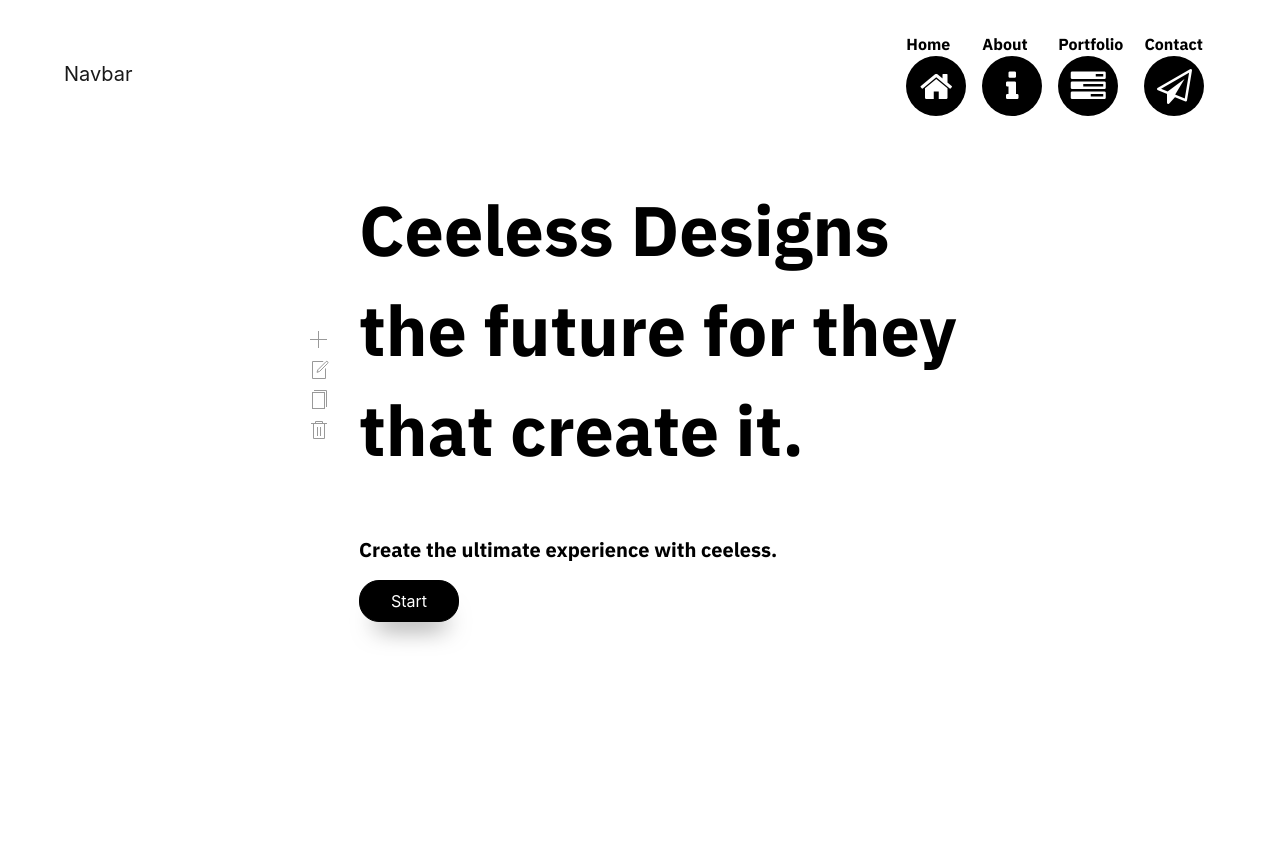
Repository: latenightsnacc/ceeless
Page: index.html
These files come from the project's save history. The page is drawn as it stood at one moment and after the next save; the edit follows.
The browser window is 1280 px wide. The pictures show the whole page.
Some web libraries are served in a nearby version. The style sheet was rebuilt from its Sass, Less or Tailwind sources for each picture, by a compiler version that may differ from the author's.

Above is the page before, as saved 2020-06-11 21:13:46.

### index.html
<!DOCTYPE html>
<html lang="en">
<head>
    <meta charset="UTF-8">
    <meta name="viewport" content="width=device-width, initial-scale=1.0">

    <!--Bootstrap-->
    <link rel="stylesheet" href="https://stackpath.bootstrapcdn.com/bootstrap/4.5.0/css/bootstrap.min.css" integrity="sha384-9aIt2nRpC12Uk9gS9baDl411NQApFmC26EwAOH8WgZl5MYYxFfc+NcPb1dKGj7Sk" crossorigin="anonymous">

    <!-- UIkit CSS -->
    <link rel="stylesheet" href="https://cdn.jsdelivr.net/npm/uikit@3.5.3/dist/css/uikit.min.css" />

    <!--Font Awesome Icons-->
    <link rel="stylesheet" href="https://maxcdn.bootstrapcdn.com/font-awesome/4.4.0/css/font-awesome.min.css">

    <!--Custom Stylesheet-->
    <link rel="stylesheet" href="Styles/stylesheet.css">

    <!--Page Title-->
    <title>Ceeless | Licorne Technologies</title>
</head>
<body>
    <main class="wrapper ml-5 mr-5">
        <!--NavBar-->
        <nav class="navbar navbar-expand-lg navbar-light bg-transparent mt-3">
            <!--Logo-->
            <a class="navbar-brand" href="#">Navbar</a>
            <!--Mobile NavBar Icon-->
            <div class="navbar-toggler" type="button" data-toggle="collapse" data-target="#navbarTogglerDemo03" aria-controls="navbarTogglerDemo03" aria-expanded="false" aria-label="Toggle navigation">
                <div class="nav-icon">
                    <span class="long-bar-one"></span>
                    <span class="short-bar-two"></span>
                    <span class="long-bar-three"></span>
                </div>
            </div>
            <div class="collapse navbar-collapse" id="navbarTogglerDemo03">
              <ul class="navbar-nav ml-auto mt-2 mt-lg-0">
                <li class="nav-item active">
                  <a class="nav-link" href="#"><span class="menu-text">Home</span><i class="fa fa-home"></i><span class="sr-only">(current)</span></a>
                </li>
                <li class="nav-item">
                  <a class="nav-link" href="#"><span class="menu-text">About</span><i class="fa fa-info"></i></a>
                </li>
                <li class="nav-item">
                  <a class="nav-link" href="#"><span class="menu-text">Portfolio</span><i class="fa fa-tasks" aria-hidden="true"></i></a>
                </li>
                <li class="nav-item">
                    <a class="nav-link" href="#"><span class="menu-text">Contact</span><i class="fa fa-send-o"></i></a>
                  </li>
              </ul>
            </div>
        </nav>
        <!--End of NavBar-->

        <!--Header wrapper-->
        <section class="header-wrapper container-fluid">
            <div class="row pt-5">
                <!--Social Icons-->
                <div class="col-3">
                    <ul class="uk-iconnav uk-iconnav-vertical uk-align-right@s align-middle	">
                        <li><a href="#" uk-icon="icon: plus"></a></li>
                        <li><a href="#" uk-icon="icon: file-edit"></a></li>
                        <li><a href="#" uk-icon="icon: copy"></a></li>
                        <li><a href="#" uk-icon="icon: trash"></a></li>
                    </ul>
                </div>
                <!--Header Message-->
                <div class="col-9 header-text">
                    <div class="card w-75">
                        <h1>Ceeless Designs the future for they that create it.</h1>
                        <h5>Create the ultimate experience with ceeless.</h5>
                        <a href="#" class="action-btn">Start</a>
                    </div>
                </div>
            </div>
        </section>
        <!--End of Header wrapper-->
    </main>

    <!-- JS, Popper.js, and jQuery -->
    <script src="https://code.jquery.com/jquery-3.5.1.slim.min.js" integrity="sha384-DfXdz2htPH0lsSSs5nCTpuj/zy4C+OGpamoFVy38MVBnE+IbbVYUew+OrCXaRkfj" crossorigin="anonymous"></script>
    <script src="https://cdn.jsdelivr.net/npm/popper.js@1.16.0/dist/umd/popper.min.js" integrity="sha384-Q6E9RHvbIyZFJoft+2mJbHaEWldlvI9IOYy5n3zV9zzTtmI3UksdQRVvoxMfooAo" crossorigin="anonymous"></script>
    <script src="https://stackpath.bootstrapcdn.com/bootstrap/4.5.0/js/bootstrap.min.js" integrity="sha384-OgVRvuATP1z7JjHLkuOU7Xw704+h835Lr+6QL9UvYjZE3Ipu6Tp75j7Bh/kR0JKI" crossorigin="anonymous"></script>
    <!-- UIkit JS -->
    <script src="https://cdn.jsdelivr.net/npm/uikit@3.5.3/dist/js/uikit.min.js"></script>
    <script src="https://cdn.jsdelivr.net/npm/uikit@3.5.3/dist/js/uikit-icons.min.js"></script>
</body>
</html>

### Styles/stylesheet.scss
@import 'variables';
@import 'navbar';
@import 'header';

*{
    margin: 0;
    padding: 0;
    text-decoration: none;
    list-style: none;
}
body{
    background-color: white;
}

### Styles/_variables.scss
@import url('https://fonts.googleapis.com/css2?family=IBM+Plex+Sans:wght@700&display=swap');

$font: 'IBM Plex Sans', sans-serif;
$dark: black;
$light: white;
$box-shadow: 0 5px 15px rgba(0,0,0,0.08);
$btn-shadow: 2px 20px 25px -15px rgba(0, 0, 0, 0.54);

### Styles/navbar.scss
@import 'variables';

.navbar-toggler{
    border: none;
    .nav-icon{
        display: flex;
        flex-direction: column;
        .long-bar-one, .long-bar-three, .short-bar-two{
            border: 2px solid $dark;
            margin-bottom: 5px;
        }
        .long-bar-one, .long-bar-three{
            width: 33px;
        }
        .short-bar-two{
            width: 20px;
        }

        &:hover{
            .long-bar-one, .long-bar-three{
                width: 20px;
                transition: width 300ms ease-in-out 0s;

            }
            .short-bar-two{
                width: 33px;

            }
        }
    }
}
.nav-item {
    display: flex;
    .menu-text{
        font-family: $font;
        padding-right: 5px;
        font-weight: 500;
        color: $dark;

    }
    .fa{
        display: flex;
        justify-content: center !important;
        align-items: center;
        background-color: $dark;
        color: $light;
        height: 60px;
        width: 60px;
        font-size: 35px;
        border-radius: 50%;
    }
}

### Styles/header.scss
@import 'variables';

.align-middle{
    display: flex;
    flex-direction: column;
    justify-content: center;
    height: 400px;
}
.header-wrapper{
    height: 100vh;
    .header-text{
        .card{
            border: none;
            display: flex;
            flex-direction: column;
            justify-content: center;

            h1, h5{
                font-family: $font;
                color: $dark;
            }

            h1{
                font-size: 70px;
                line-height: 100px;
            }
            h5{
                font-size: 20px;
                line-height: 20px;
                font-weight: 300;
            }

        }
    }
}
a.action-btn {
    border: 1px solid $dark;
    background-color: $dark;
    width: 100px;
    border-radius: 20px;
    padding: 10px;
    box-shadow: $btn-shadow;
    color: $light;
    text-align: center;
    line-height: 20px;
    &:hover{
        text-decoration: none;
    }

}

After the next save:
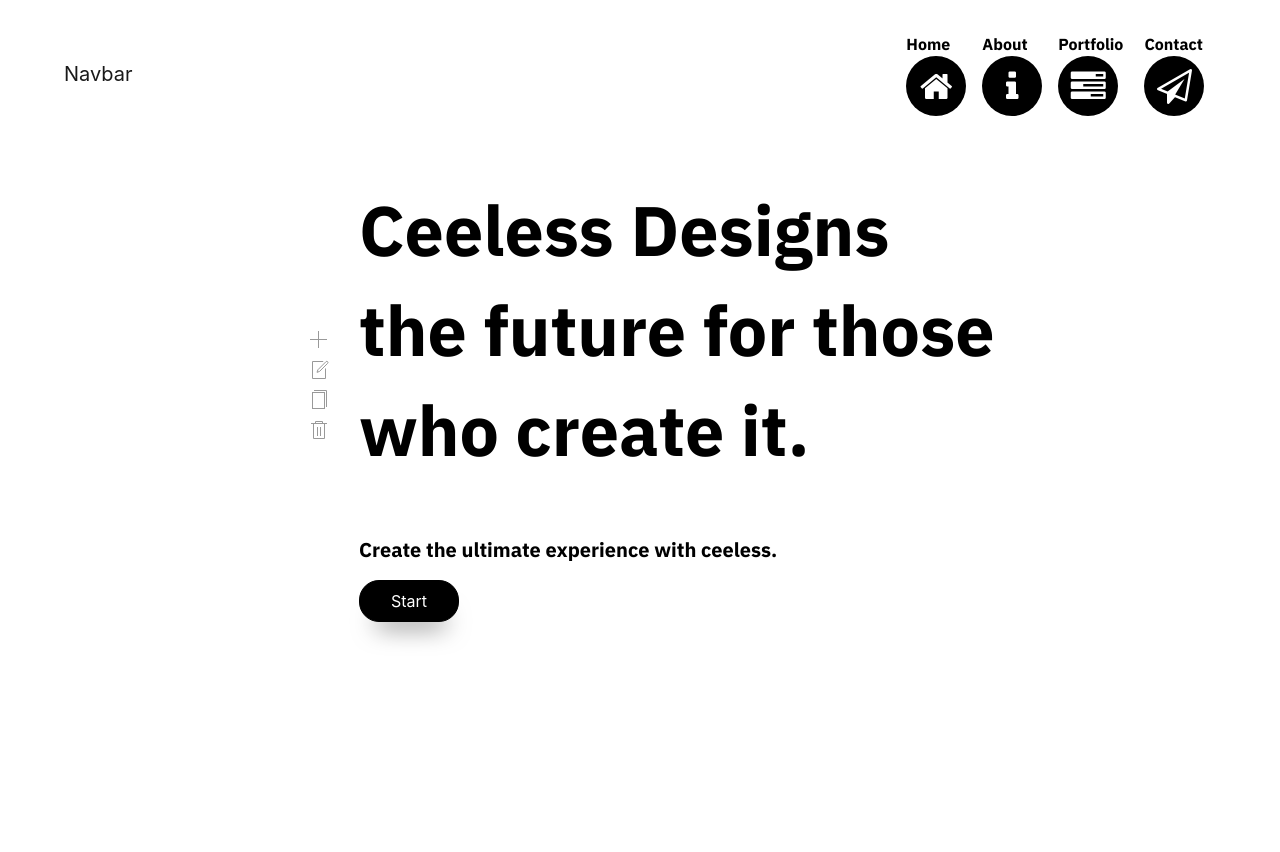
Saved 16 s later.
--- a/index.html
+++ b/index.html
@@ -67,7 +67,7 @@
                 <!--Header Message-->
                 <div class="col-9 header-text">
                     <div class="card w-75">
-                        <h1>Ceeless Designs the future for they that create it.</h1>
+                        <h1>Ceeless Designs the future for those who create it.</h1>
                         <h5>Create the ultimate experience with ceeless.</h5>
                         <a href="#" class="action-btn">Start</a>
                     </div>
